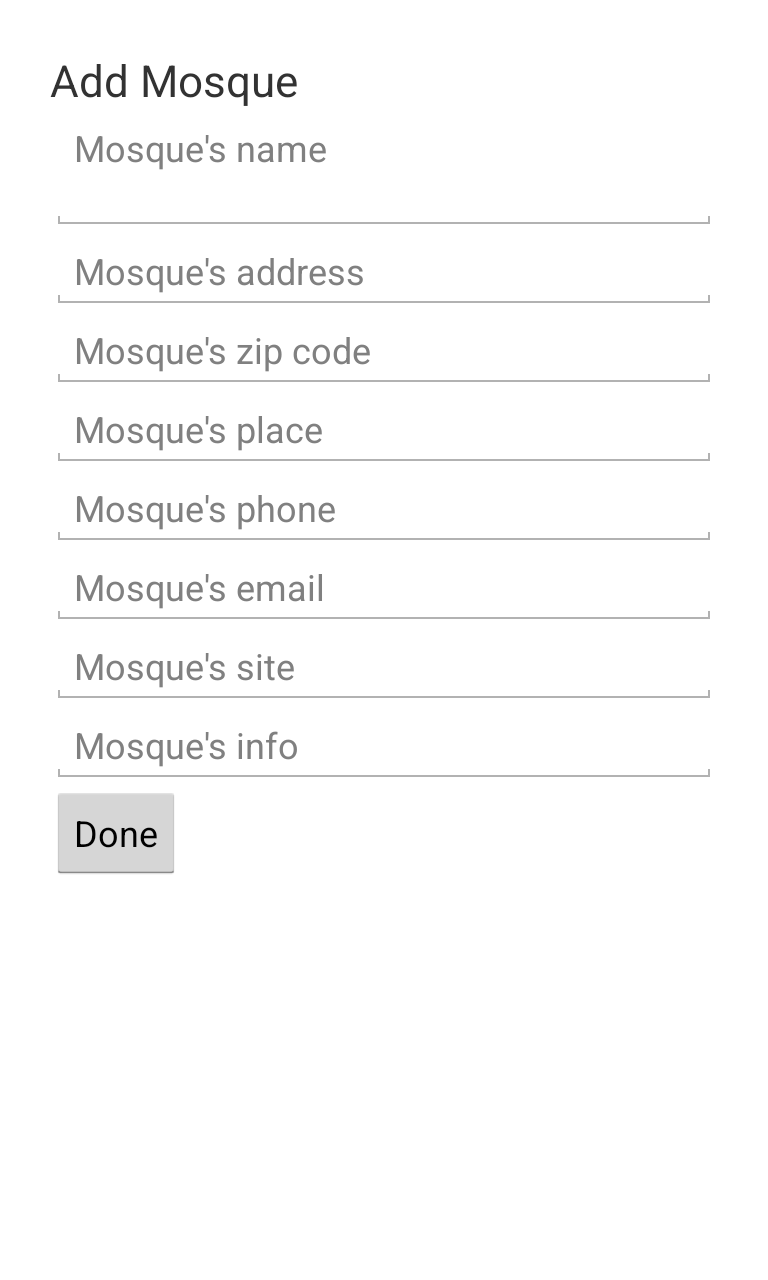
Repository: Osamah/Afstudeerwerk
Layout: NativeApp/SecondPillar/res/layout/activity_addmosque.xml
An editor plug-in stored every save of this project. The layout is shown before and after the next save, followed by the edit.
It is drawn on a 768 x 1280 px phone screen (xhdpi) without system bars, with theme AppTheme; the app's code is not run.

Above is the layout before, as saved 2013-01-05 21:26:35.

### NativeApp/SecondPillar/res/layout/activity_addmosque.xml
<?xml version="1.0" encoding="utf-8"?>

<!-- ScrollView to scroll vertical down the page -->
<ScrollView
    xmlns:android="http://schemas.android.com/apk/res/android"
    android:id="@+id/ScrollView01"
    android:layout_width="fill_parent"
    android:layout_height="wrap_content"
    android:scrollbars="vertical">

    <LinearLayout
        android:layout_width="match_parent"
        android:layout_height="wrap_content"
        android:layout_margin="25dp"

        android:orientation="vertical" >

		<TextView
		    android:id="@+id/lblAddMosque"
		    android:layout_width="wrap_content"
		    android:layout_height="wrap_content"
		    android:text="@string/lblAddMosque"
		    android:textSize="10pt"
		   >
		</TextView>

        <EditText
            android:id="@+id/txtMosqueName"
            android:layout_width="fill_parent"
            android:layout_height="wrap_content"
            android:hint="@string/txtMosqueName"
            android:inputType="textCapWords"
            style="@style/txtBoxes">

		</EditText>

        <EditText
		    android:id="@+id/txtMosqueAddress"
		    android:layout_height="wrap_content"
		    android:hint="@string/txtMosqueAddress"
		    android:inputType="textPostalAddress"
		    android:layout_width="fill_parent">
		</EditText>

        <EditText
            android:id="@+id/txtMosqueZipCode"
            android:layout_width="fill_parent"
            android:layout_height="wrap_content"
            android:hint="@string/txtMosqueZipCode"
            android:inputType="number" >
		</EditText>

        <EditText
            android:id="@+id/txtMosquePlace"
            android:layout_width="fill_parent"
            android:layout_height="wrap_content"
            android:hint="@string/txtMosquePlace"
            android:inputType="textPostalAddress" >
		</EditText>

        <EditText
            android:id="@+id/txtMosquePhone"
            android:layout_width="fill_parent"
            android:layout_height="wrap_content"
            android:hint="@string/txtMosquePhone"
            android:inputType="phone" >
		</EditText>

        <EditText
            android:id="@+id/txtMosqueMail"
            android:layout_width="fill_parent"
            android:layout_height="wrap_content"
            android:hint="@string/txtMosqueMail"
            android:inputType="textEmailAddress" >
		</EditText>

        <EditText
            android:id="@+id/txtMosqueSite"
            android:layout_width="fill_parent"
            android:layout_height="wrap_content"
            android:hint="@string/txtMosqueSite"
            android:inputType="textUri" >
		</EditText>

        <EditText
            android:id="@+id/txtMosqueInfo"
            android:layout_width="fill_parent"
            android:layout_height="wrap_content"
            android:hint="@string/txtMosqueInfo"
            android:inputType="textMultiLine" >
		</EditText>

        <Button
            android:id="@+id/btnAddMosque"
            android:layout_width="wrap_content"
            android:layout_height="wrap_content"
            android:text="@string/btnAddMosque"

            />


    </LinearLayout>
</ScrollView>

### NativeApp/SecondPillar/res/values/styles.xml
<resources>

    <!--
        Base application theme, dependent on API level. This theme is replaced
        by AppBaseTheme from res/values-vXX/styles.xml on newer devices.
    -->
    <style name="AppBaseTheme" parent="android:Theme.Light">
        <!--
            Theme customizations available in newer API levels can go in
            res/values-vXX/styles.xml, while customizations related to
            backward-compatibility can go here.
        -->
    </style>

    <!-- Application theme. -->
    <style name="AppTheme" parent="AppBaseTheme">
        <!-- All customizations that are NOT specific to a particular API-level can go here. -->µ

    </style>




    <!-- /////////////////\\\\\\\\\\\\\\\\\\\\\ -->
    <style name="txtBoxes">

        <item name="android:paddingBottom">30dp</item>

    </style>

</resources>

### NativeApp/SecondPillar/res/values/strings.xml
<?xml version="1.0" encoding="utf-8"?>
<resources>

    <string name="app_name">Second Pillar</string>

    <!-- Menu -->
    <string name="menu_search">Search</string>


    <!-- Option Menu -->
	<string name="option_settings">Settings</string>
	<string name="option_about">About</string>


	<!-- Settings -->
	<string name="notifications">Notifications</string>

	<string name="prayingWhere">Where to pray?</string>
	<string name="prayHome">Home</string>
	<string name="prayMosque">Mosque</string>

	<string name="NotificationsPraying">When to pray?</string>
	<string name="inAdvance">In advance</string>
	<string name="onTime">On time</string>


	<!-- About -->
	<string name="about">If you have any questions just call me maybe</string>


    <!-- Prayer -->
    <string name="headerCol1">Prayer</string>
    <string name="headerCol2">Time</string>
    <string name="headerCol3">L</string>

    <string name="prayer1">Fajr</string>
    <string name="prayer2">Dhor</string>
    <string name="prayer3">Asr</string>
    <string name="prayer4">Magreb</string>
    <string name="prayer5">Isha</string>

    <string name="prayerTime1">5h25</string>
    <string name="prayerTime2">12h30</string>
    <string name="prayerTime3">15h37</string>
    <string name="prayerTime4">18h48</string>
    <string name="prayerTime5">21h00</string>


    <!-- Favorite -->


    <!-- Add Mosque -->
    <string name="lblAddMosque">Add Mosque</string>
    <string name="txtMosqueName">Mosque\'s name</string>
    <string name="txtMosqueAddress">Mosque\'s address</string>
    <string name="txtMosqueZipCode">Mosque\'s zip code</string>
    <string name="txtMosquePlace">Mosque\'s place</string>
  	<string name="txtMosquePhone">Mosque\'s phone</string>
  	<string name="txtMosqueMail">Mosque\'s email</string>
    <string name="txtMosqueSite">Mosque\'s site</string>
    <string name="txtMosqueInfo">Mosque\'s info</string>
    <string name="btnAddMosque">Done</string>

    <!-- Search Mosque -->
    <string name="searchAddress">Address</string>


</resources>

Loaded but not shown: NativeApp/SecondPillar/res/values-v11/styles.xml (common file); NativeApp/SecondPillar/res/values-v14/styles.xml (common file)

After the next save:
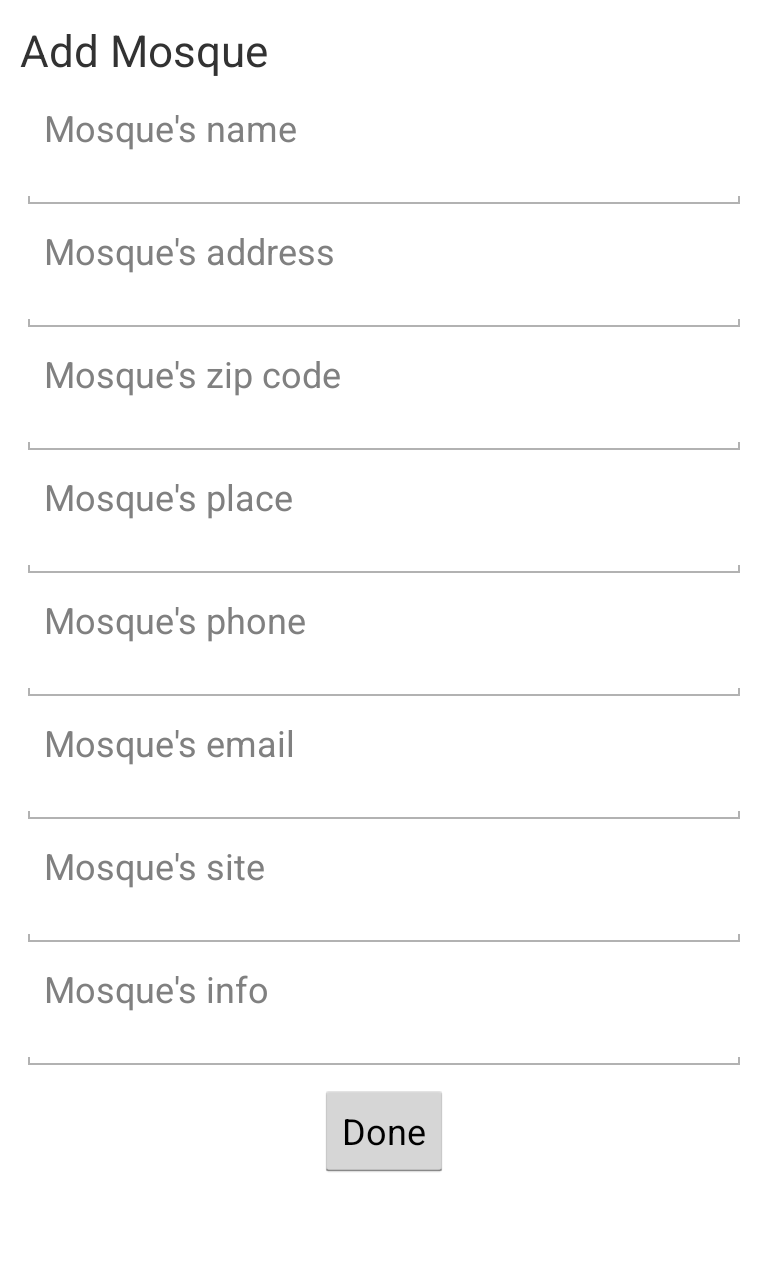
Saved 51 s later.
--- a/NativeApp/SecondPillar/res/layout/activity_addmosque.xml
+++ b/NativeApp/SecondPillar/res/layout/activity_addmosque.xml
@@ -11,8 +11,7 @@
     <LinearLayout
         android:layout_width="match_parent"
         android:layout_height="wrap_content"
-        android:layout_margin="25dp"
-
+        android:layout_margin="10dp"
         android:orientation="vertical" >
 
 		<TextView
@@ -21,6 +20,7 @@
 		    android:layout_height="wrap_content"
 		    android:text="@string/lblAddMosque"
 		    android:textSize="10pt"
+		    android:layout_marginBottom="5dp"
 		   >
 		</TextView>
 
@@ -39,7 +39,8 @@
 		    android:layout_height="wrap_content"
 		    android:hint="@string/txtMosqueAddress"
 		    android:inputType="textPostalAddress"
-		    android:layout_width="fill_parent">
+		    android:layout_width="fill_parent"
+		    style="@style/txtBoxes">
 		</EditText>
 
         <EditText
@@ -47,7 +48,8 @@
             android:layout_width="fill_parent"
             android:layout_height="wrap_content"
             android:hint="@string/txtMosqueZipCode"
-            android:inputType="number" >
+            android:inputType="number"
+            style="@style/txtBoxes" >
 		</EditText>
 
         <EditText
@@ -55,7 +57,8 @@
             android:layout_width="fill_parent"
             android:layout_height="wrap_content"
             android:hint="@string/txtMosquePlace"
-            android:inputType="textPostalAddress" >
+            android:inputType="textPostalAddress"
+            style="@style/txtBoxes">
 		</EditText>
 
         <EditText
@@ -63,7 +66,8 @@
             android:layout_width="fill_parent"
             android:layout_height="wrap_content"
             android:hint="@string/txtMosquePhone"
-            android:inputType="phone" >
+            android:inputType="phone"
+            style="@style/txtBoxes">
 		</EditText>
 
         <EditText
@@ -71,7 +75,8 @@
             android:layout_width="fill_parent"
             android:layout_height="wrap_content"
             android:hint="@string/txtMosqueMail"
-            android:inputType="textEmailAddress" >
+            android:inputType="textEmailAddress"
+            style="@style/txtBoxes">
 		</EditText>
 
         <EditText
@@ -79,7 +84,8 @@
             android:layout_width="fill_parent"
             android:layout_height="wrap_content"
             android:hint="@string/txtMosqueSite"
-            android:inputType="textUri" >
+            android:inputType="textUri"
+            style="@style/txtBoxes">
 		</EditText>
 
         <EditText
@@ -87,16 +93,25 @@
             android:layout_width="fill_parent"
             android:layout_height="wrap_content"
             android:hint="@string/txtMosqueInfo"
-            android:inputType="textMultiLine" >
+            android:inputType="textMultiLine"
+            style="@style/txtBoxes" >
 		</EditText>
 
-        <Button
+        <RelativeLayout
+            android:layout_width="fill_parent"
+            android:layout_height="wrap_content"
+            android:layout_marginTop="5dp">
+
+            <Button
             android:id="@+id/btnAddMosque"
             android:layout_width="wrap_content"
             android:layout_height="wrap_content"
             android:text="@string/btnAddMosque"
+            android:layout_centerInParent="true"
+        />
 
-            />
+        </RelativeLayout>
+
 
 
     </LinearLayout>
